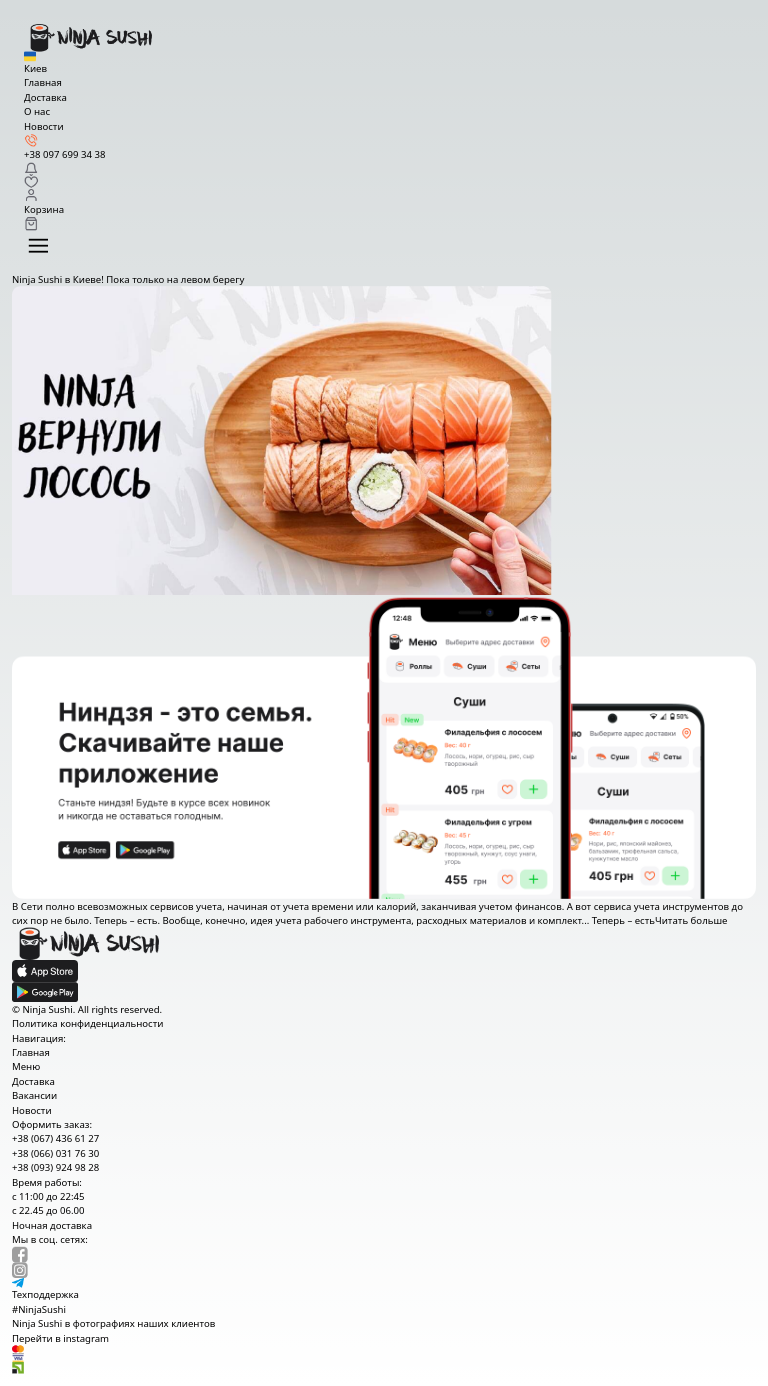
Repository: shokirovG/loyiha
Page: /News
An editor plug-in stored every save of this project. The page is shown before and after the next save, followed by the edit.
The browser window is 1280 px wide. The pictures show the whole page, at 60% of full size.
The project was rebuilt for these pictures with package versions that can differ from the ones it lists, and the page was loaded fresh each time. The framework's server and built-in components were replaced by stand-ins that run in the browser. Also part of the build but not shown: next.config.js, Components/Categories.jsx, Components/OpenNav.jsx.

Above is the page before, as saved 2023-07-01 15:59:53.

### pages/News.jsx
import { Header, Slider } from "@/Components";
import Footer from "@/Components/Footer";
import React from "react";

const News = () => {
  return (
    <div className="container p-5">
      <Header />
      <Slider />
      <Footer />
    </div>
  );
};

export default News;

### Components/index.js
export { default as Header } from "./Header";
export { default as Burger } from "./Burger";
export { default as Categories } from "./Categories";
export { default as Slider } from "./Slider";
export { default as OpenNav } from "./OpenNav";

### Components/Footer.jsx
import Image from "next/image";
import Link from "next/link";
import React from "react";

const Footer = () => {
  return (
    <div className="bigOne w-[100%] min-h-[160vh] gap-[50px] text-[16px] text-[#9E9E9E] flex flex-col justify-between mt-10">
      <Image src={"/imgs/play.png"} width={1500} height={644} />
      <p className="paragraph w-[60%] text-center m-auto">
        В Сети полно всевозможных сервисов учета, начиная от учета времени или
        калорий, заканчивая учетом финансов. А вот сервиса учета инструментов до
        сих пор не было. Теперь – есть. Вообще, конечно, идея учета рабочего
        инструмента, расходных материалов и комплект... Теперь – есть
        <span className="float-right text-[#00CC2D] mt-2">Читать больше</span>
      </p>
      <div className="footer flex items-center justify-evenly max-w-[100%] bg-white min-h-[376px] rounded-lg">
        <div className="w-[246px] h-[248px] flex flex-col items-center justify-between">
          <div className="w-[246px] h-[156px] flex flex-col items-center justify-around">
            <Image src={"/imgs/logo.png"} width={246} height={59} />
            <div className="w-[246px] flex justify-around">
              <Image src={"/imgs/appstore.png"} width={110} height={37} />
              <Image src={"/imgs/google.png"} width={110} height={37} />
            </div>
            <span className="text-[14px]">
              © Ninja Sushi. All rights reserved.
            </span>
          </div>
          <span className="text-[14px] text-[#1D1D1F] font-[500]">
            Политика конфиденциальности
          </span>
        </div>
        <div className="footer_items max-w-[754px] min-h-[184px] flex justify-between gap-10 mb-5">
          <ul className="flex flex-col gap-[5px] w-[101px] h-[100%]">
            <li className="text-[14px] text-[#686870]">Навигация:</li>
            <li>
              <Link
                className="text-[16px] text-[#1D1D1F] font-[500]"
                href={"/"}
              >
                Главная
              </Link>
            </li>
            <li>
              <Link
                className="text-[16px] text-[#1D1D1F] font-[500]"
                href={"#"}
              >
                Меню
              </Link>
            </li>
            <li>
              <Link
                className="text-[16px] text-[#1D1D1F] font-[500]"
                href={"#"}
              >
                Доставка
              </Link>
            </li>
            <li>
              <Link
                className="text-[16px] text-[#1D1D1F] font-[500]"
                href={"#"}
              >
                Вакансии
              </Link>
            </li>
            <li>
              <Link
                className="text-[16px] text-[#1D1D1F] font-[500]"
                href={"#"}
              >
                Новости
              </Link>
            </li>
          </ul>

          <ul className="w-[168px] h-[120px] flex flex-col items-start gap-[5px]">
            <li className="text-[14px] text-[#686870]">Оформить заказ:</li>
            <li>
              <Link
                className="text-[16px] text-[#1D1D1F] font-[500]"
                href={"/"}
              >
                +38 (067) 436 61 27
              </Link>
            </li>
            <li>
              <Link
                className="text-[16px] text-[#1D1D1F] font-[500]"
                href={"#"}
              >
                +38 (066) 031 76 30
              </Link>
            </li>
            <li>
              <Link
                className="text-[16px] text-[#1D1D1F] font-[500]"
                href={"#"}
              >
                +38 (093) 924 98 28
              </Link>
            </li>
          </ul>

          <ul className="w-[137px] h-[120px] flex flex-col items-start gap-[5px]">
            <li className="text-[14px] text-[#686870]">Время работы:</li>
            <li>
              <Link
                className="text-[16px] text-[#1D1D1F] font-[500]"
                href={"/"}
              >
                с 11:00 до 22:45
              </Link>
            </li>
            <li>
              <Link
                className="text-[16px] text-[#1D1D1F] font-[500]"
                href={"#"}
              >
                с 22.45 до 06.00
              </Link>
            </li>
            <li className="text-[14px] text-[#686870]">Ночная доставка</li>
          </ul>

          <div className="w-[174px] h-[120px] flex flex-col gap-[12px]">
            <span>Мы в соц. сетях:</span>
            <div className="flex w-[64px] h-[26px] justify-between">
              <Image src={"/imgs/face.png"} width={26} height={26} />
              <Image src={"/imgs/insta.png"} width={26} height={26} />
            </div>
            <button className="w-[160px] h-[40px] bg-[#F5F5F7] rounded-lg flex justify-around items-center p-[12px]">
              <Image src={"/imgs/telegram.png"} width={20} height={16} />
              <Link
                className="text-[#039BE5] text-[16px] font-mono font-[500]"
                href={"#"}
              >
                Техподдержка
              </Link>
            </button>
          </div>
        </div>
        <div className="others w-[246px] min-h-[248px] flex flex-col justify-between pt-[20px] items-center">
          <div className="w-[246px] h-[194] gap-[5px] flex flex-col">
            <h1
              className="title text-[42px] text-[#1D1D1F] font-[700]"
              id="title"
            >
              #NinjaSushi
            </h1>
            <p className="text-[#9E9E9E] text-[16px] line-[24px]" id="texts">
              Ninja Sushi в фотографиях наших клиентов
            </p>
            <button
              id="button"
              className="w-[246px] h-[56px] bg-[#F5F5F7] rounded-[12px] text-[#00CC2D] font-[500] text-[16px] font-[Inter]"
            >
              <Link href={"https://www.instagram.com/bektoshevich_01/"}>
                Перейти в instagram
              </Link>
            </button>
          </div>
          <div className="flex w-[105px] h-[18px] justify-around">
            <Image src={"/imgs/master.png"} width={20} height={16} />
            <Image src={"/imgs/visa.png"} width={20} height={16} />
            <Image src={"/imgs/pg.png"} width={20} height={16} />
          </div>
        </div>
      </div>
    </div>
  );
};

export default Footer;

### Components/Header.jsx
"use client";

import React from "react";
import Image from "next/image";
import { Burger } from ".";
import Link from "next/link";

const Header = () => {
  return (
    <header className="sm:w-auto p-5 md:flex lg:flex xl:flex items-center w-screen justify-around h-24 bg-white mb-[16px]">
      <div className="w-52 h-12">
        <Link href="/" className="">
          <Image src="/imgs/logo.PNG" alt="logo" width={214} height={48} />
        </Link>
      </div>
      <div className="w-3/4 sm:flex md:flex md:items-center md:justify-between lg:flex lg:items-center lg:justify-between">
        <ul className="lg:flex xl:flex md:flex 2xl:flex items-center w-3/6 justify-between gap-12 md:gap-2 lg:gap-12">
          <li className="flex w-20 justify-between items-center g-4 h-3">
            <Image src="/imgs/flag.PNG" alt="logo" width={20} height={2} />
            <a href="#" className="ml-2">
              Киев
            </a>
          </li>
          <li className="">
            <a href="#" className="">
              Главная
            </a>
          </li>
          <li className="">
            <a href="#" className="">
              Доставка
            </a>
          </li>
          <li className="w-12 flex">
            <a href="#" className="w-12">
              О нас
            </a>
          </li>
          <li className="">
            <a href="#" className="">
              Новости
            </a>
          </li>
          <li className="flex items-center">
            <a href="#" className="w-48 justify-around flex items-center">
              <Image src="/imgs/tel.PNG" alt="logo" width={24} height={24} />
              <span>+38 097 699 34 38</span>
            </a>
          </li>
        </ul>
        <div className="flex items-center w-80 h-14">
          <div className="flex w-12 border items-center justify-center h-12 rounded-lg">
            <Image src="/imgs/bell.PNG" alt="logo" width={24} height={24} />
          </div>
          <div className="flex w-12 border items-center ml-2 justify-center h-12 rounded-lg">
            <Image src="/imgs/like.PNG" alt="logo" width={24} height={24} />
          </div>
          <div className="flex w-12 border items-center ml-2 justify-center h-12 rounded-lg">
            <Image src="/imgs/person.PNG" alt="logo" width={24} height={24} />
          </div>
          <div className="flex w-32 justify-around ml-2 border items-center h-12 rounded-lg">
            <span>Корзина</span>
            <Image src="/imgs/cart.PNG" alt="logo" width={24} height={24} />
          </div>
        </div>
      </div>

      <Burger />
    </header>
  );
};
export default Header;

### Components/Burger.jsx
"use client";

import Hamburger from "hamburger-react";
import React, { useState } from "react";
import { OpenNav } from ".";

const Burger = () => {
  const [isOpen, settOpen] = useState(false);
  return (
    <div className="burger">
      <Hamburger toggled={isOpen} toggle={settOpen} />
      {isOpen ? <OpenNav /> : null}
    </div>
  );
};

export default Burger;

### Components/Slider.js
"use client";

import React from "react";
import { Swiper, SwiperSlide } from "swiper/react";
import "swiper/css";
import "swiper/css/pagination";
import { Pagination } from "swiper";
import Image from "next/image";

const Slider = () => {
  return (
    <Swiper
      pagination={true}
      modules={[Pagination]}
      className="mySwiper h-[600px] w-[100%] mt-10"
    >
      <SwiperSlide>
        <div className="flex justify-center w-[100%]">
          <h1 className="text-[45px] font-[700] w-[565px] p-[50px] text-[#1D1D1F] text-left">
            Ninja Sushi в Киеве! Пока только на левом берегу
          </h1>
          <Image
            className="w-[300px]"
            src={"/imgs/new.png"}
            width={900}
            height={336}
          />
        </div>
      </SwiperSlide>
      <SwiperSlide>
        <div className="flex">
          <h1 className="text-[64px] font-[700] text-[#1D1D1F] text-left">
            Ninja Sushi в Киеве! Пока только на левом берегу
          </h1>
          <Image
            className="w-[300px]"
            src={"/imgs/new2.png"}
            width={900}
            height={336}
          />
        </div>
      </SwiperSlide>
    </Swiper>
  );
};

export default Slider;

Loaded but not shown: pages/_app.js (common file); pages/_document.js (common file); styles/globals.css (common file); tailwind.config.js (common file)

After the next save:
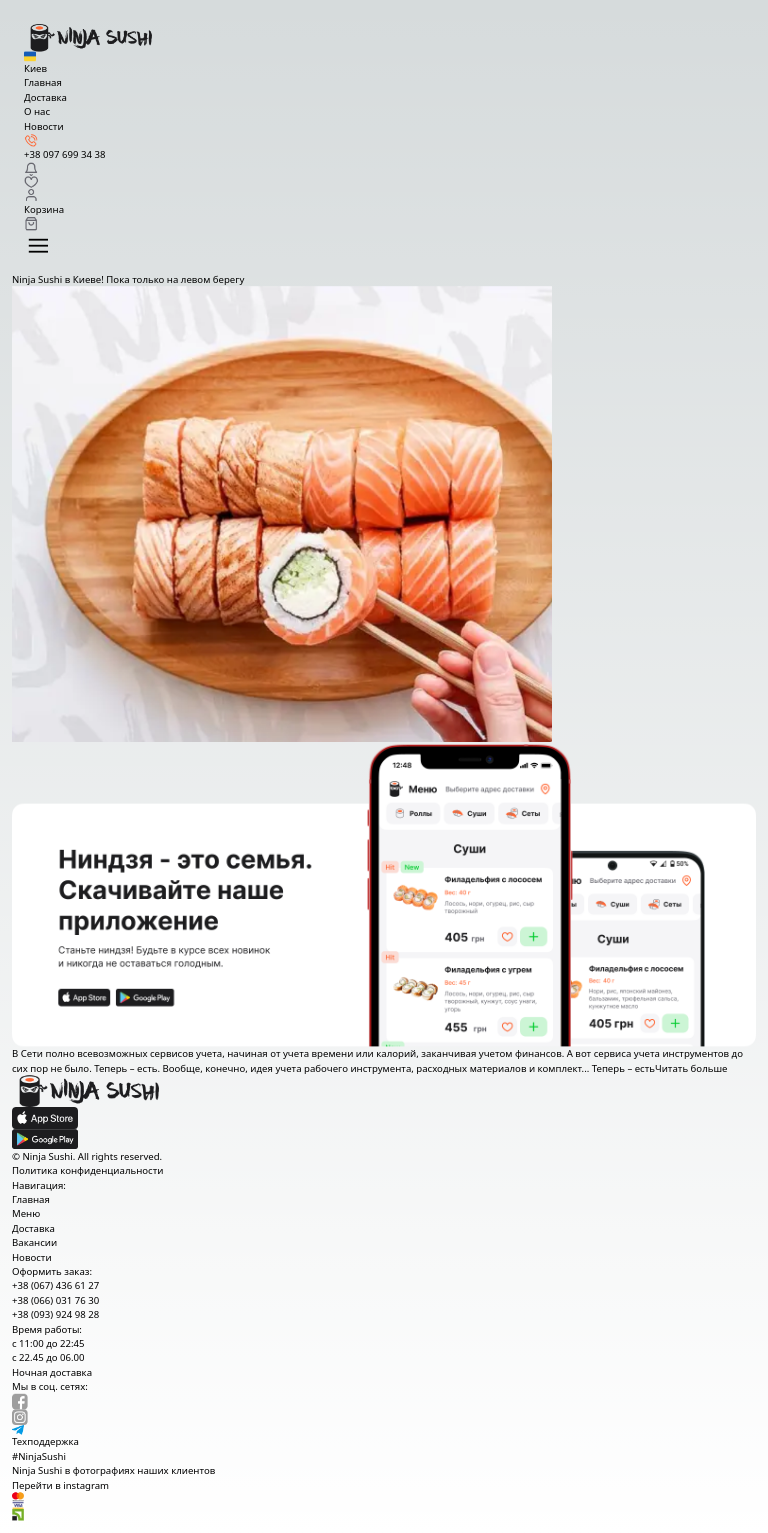
Saved 81 s later.
--- a/Components/Slider.js
+++ b/Components/Slider.js
@@ -21,7 +21,7 @@
           </h1>
           <Image
             className="w-[300px]"
-            src={"/imgs/new.png"}
+            src={"/imgs/slide_img.png"}
             width={900}
             height={336}
           />
